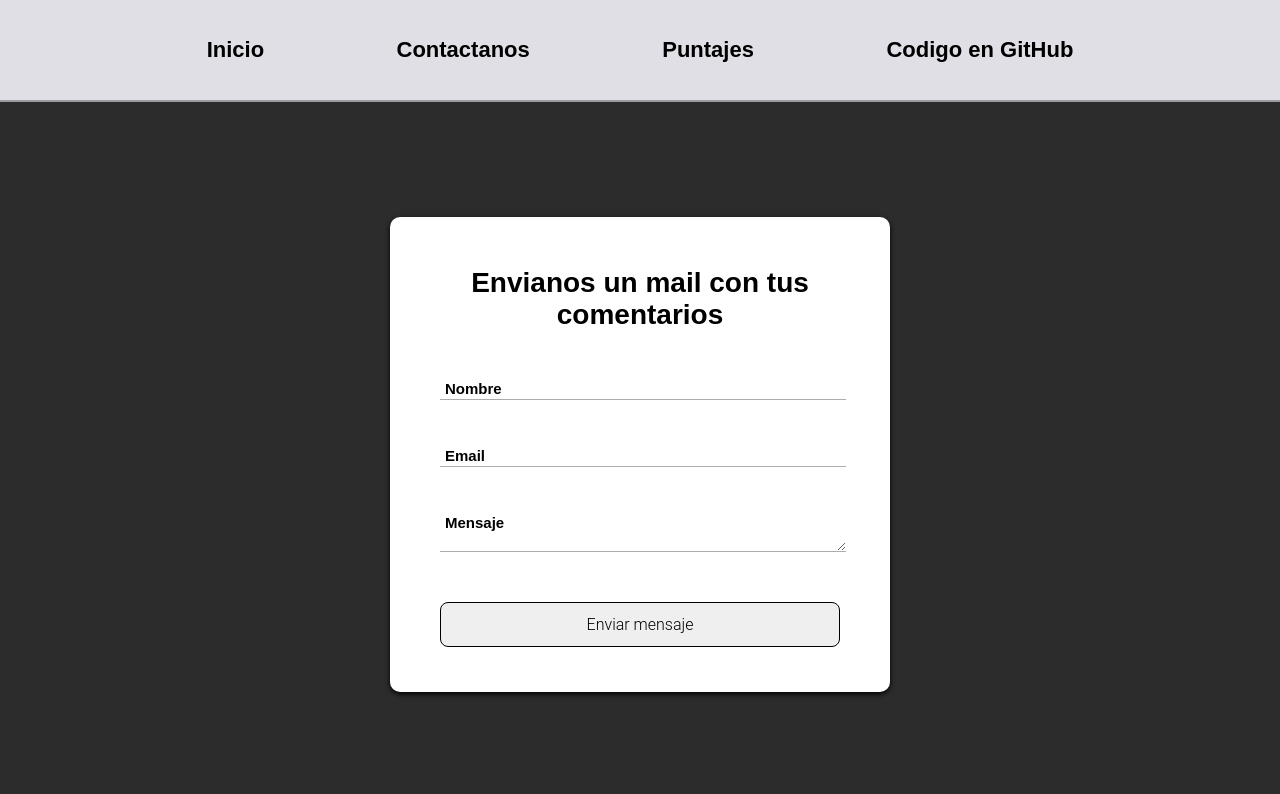
Repository: FacundoKinderknecht/FacundoKinderknecht_Wordle_Game_LPPA
Page: html/email.html
An editor plug-in stored every save of this project. The page is shown before and after the next save, followed by the edit.
The browser window is 1280 px wide. The pictures show the whole page.

Above is the page before, as saved 2023-08-08 10:24:37.

After the next save:
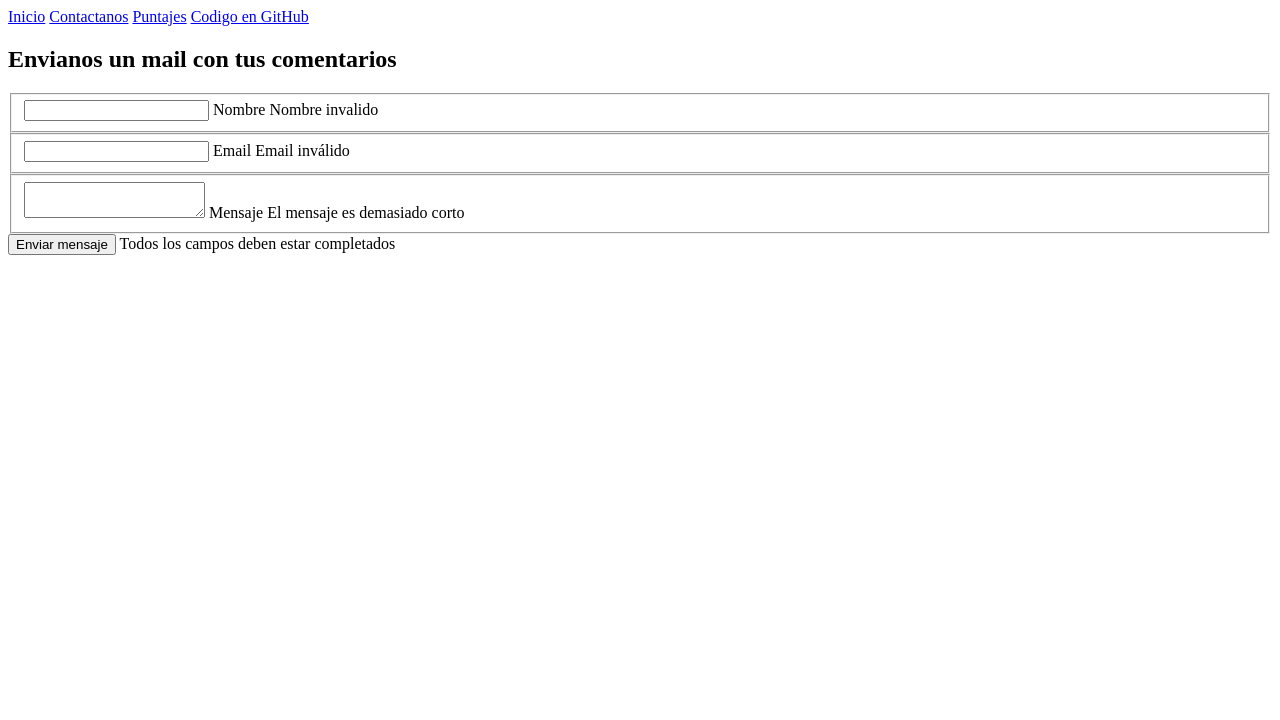
Not found: html/css/email.css
Not found: html/css/reset.css
Not found: html/css/styles.css
Saved 26 min 3 s later.
--- a/html/email.html
+++ b/html/email.html
@@ -5,19 +5,19 @@
         <meta http-equiv="X-UA-Compatible" content="IE=edge">
         <meta name="viewport" content="width=device-width, initial-scale=1.0">
 
-        <link rel="stylesheet" href="/css/reset.css">
-        <link rel="stylesheet" href="/css/styles.css">
-        <link rel="stylesheet" href="/css/email.css">
+        <link rel="stylesheet" href="./css/reset.css">
+        <link rel="stylesheet" href="./css/styles.css">
+        <link rel="stylesheet" href="./css/email.css">
 
-        <script src="/js/email.js"></script>
+        <script src="./js/email.js"></script>
         <title>Contacto</title>
     </head>
     <body>
         <header>
             <nav class="navbar">
-                <a href="/index.html">Inicio</a>
-                <a href="/html/email.html">Contactanos</a>
-                <a href="/html/puntajes.html">Puntajes</a>
+                <a href="./index.html">Inicio</a>
+                <a href="./html/email.html">Contactanos</a>
+                <a href="./html/puntajes.html">Puntajes</a>
                 <a href="https://github.com/FacundoKinderknecht/FacundoKinderknecht_Wordle_Game_LPPA" target="_blank">Codigo en GitHub</a>
             </nav>
         </header>

After the save that followed:
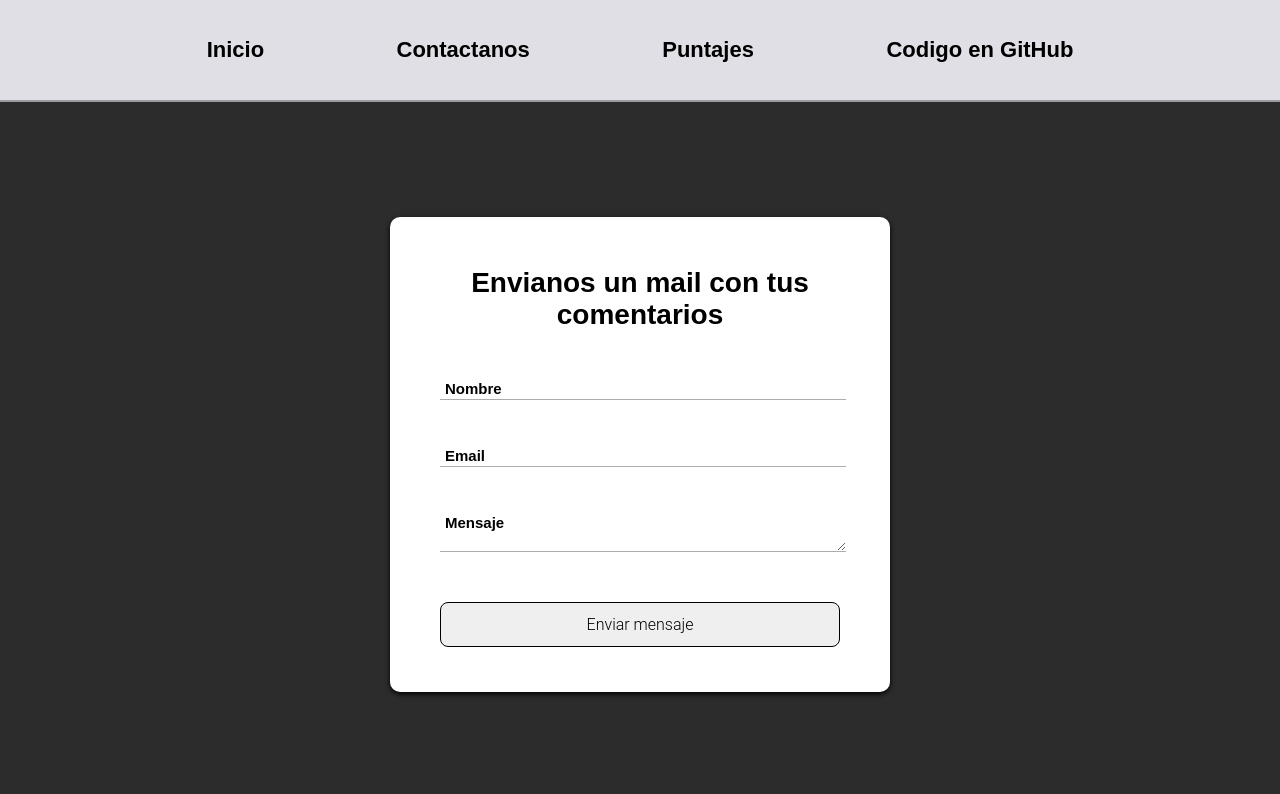
Saved 2 min 54 s later.
--- a/html/email.html
+++ b/html/email.html
@@ -5,9 +5,9 @@
         <meta http-equiv="X-UA-Compatible" content="IE=edge">
         <meta name="viewport" content="width=device-width, initial-scale=1.0">
 
-        <link rel="stylesheet" href="./css/reset.css">
-        <link rel="stylesheet" href="./css/styles.css">
-        <link rel="stylesheet" href="./css/email.css">
+        <link rel="stylesheet" href="/css/reset.css">
+        <link rel="stylesheet" href="/css/styles.css">
+        <link rel="stylesheet" href="/css/email.css">
 
         <script src="./js/email.js"></script>
         <title>Contacto</title>
@@ -15,9 +15,9 @@
     <body>
         <header>
             <nav class="navbar">
-                <a href="./index.html">Inicio</a>
-                <a href="./html/email.html">Contactanos</a>
-                <a href="./html/puntajes.html">Puntajes</a>
+                <a href="/index.html">Inicio</a>
+                <a href="/html/email.html">Contactanos</a>
+                <a href="/html/puntajes.html">Puntajes</a>
                 <a href="https://github.com/FacundoKinderknecht/FacundoKinderknecht_Wordle_Game_LPPA" target="_blank">Codigo en GitHub</a>
             </nav>
         </header>
